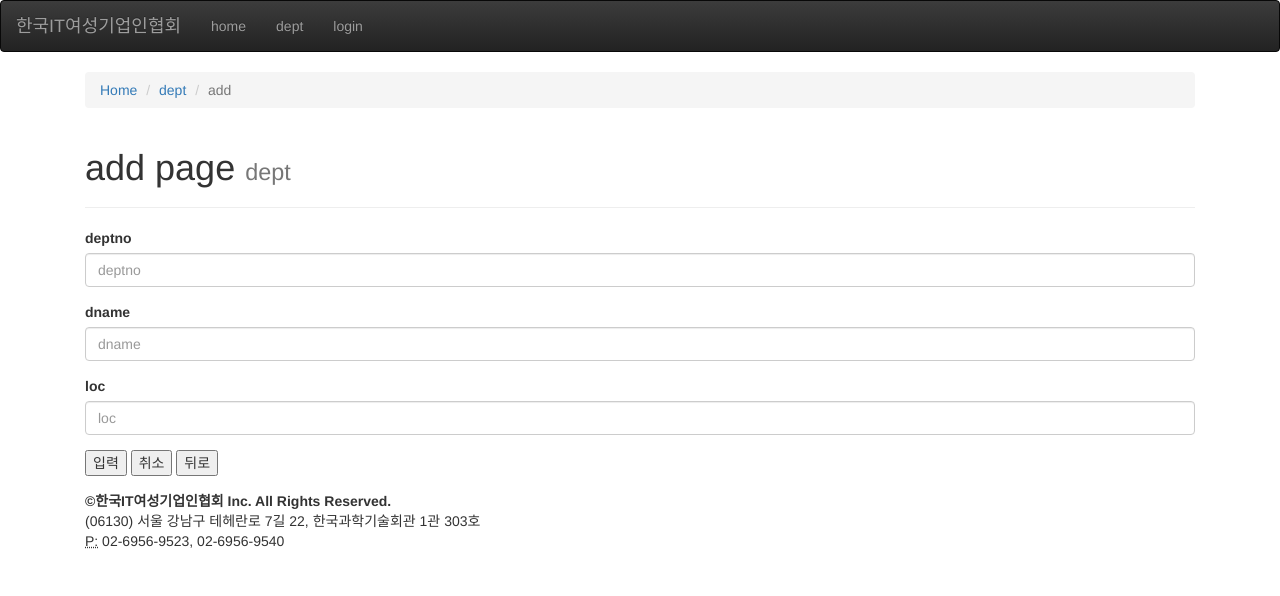
Repository: minho00123/sw-professional-training
Page: http://localhost/sts06/WEB-INF/views/dept/add.jsp
The author's editor kept a copy of each file at every save. The page is drawn from the files as they stood at one save, then again after the next save.
The browser window is 1280 px wide. The pictures show the whole page.
The page is served by Tomcat 9. Nobody is signed in. The template is opened directly, without the code that normally fills it, so the values that code supplies are empty.

Above is the page before, as saved 2025-05-20 07:24:54.
Console error (its wording comes from the project's code and is left out).

After the next save:
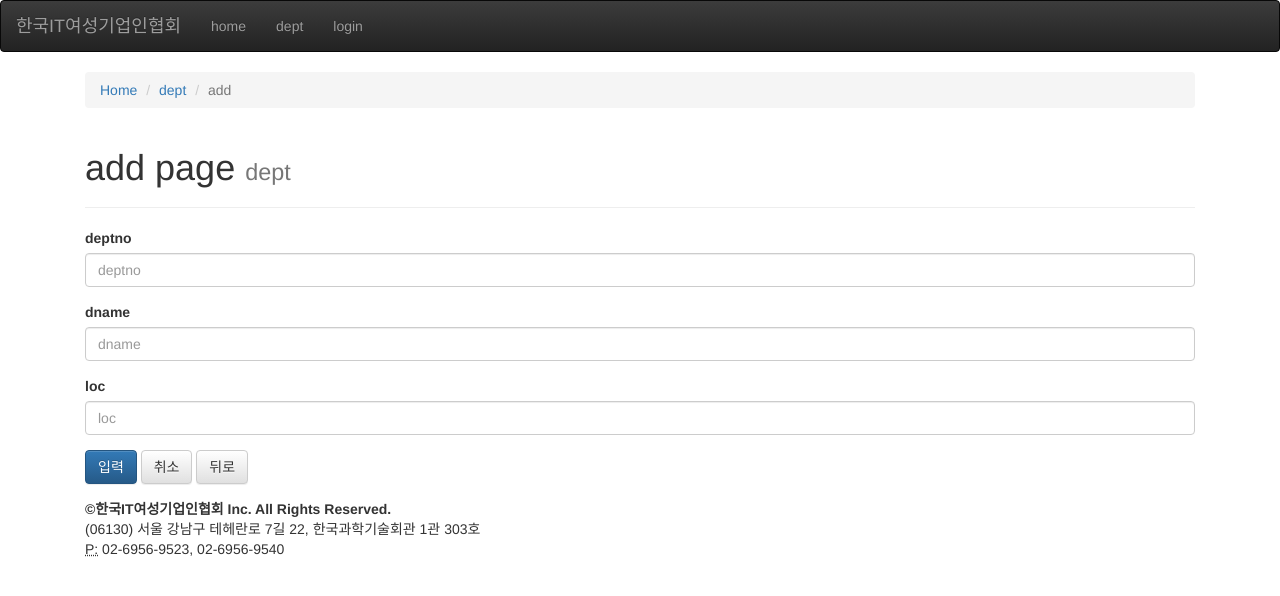
Saved 20 s later.
--- a/stsWorkspace/sts06/src/main/webapp/WEB-INF/views/dept/add.jsp
+++ b/stsWorkspace/sts06/src/main/webapp/WEB-INF/views/dept/add.jsp
@@ -33,9 +33,9 @@
 				placeholder="loc" />
 		</div>
 		<div class="form-group">
-			<button type="submit">입력</button>
-			<button type="reset">취소</button>
-			<button type="button">뒤로</button>
+			<button class="btn btn-primary" type="submit">입력</button>
+			<button class="btn btn-default" type="reset">취소</button>
+			<button class="btn btn-default" type="button">뒤로</button>
 		</div>
 	</form>
 	<%@ include file="../layout/footer.jspf"%>
